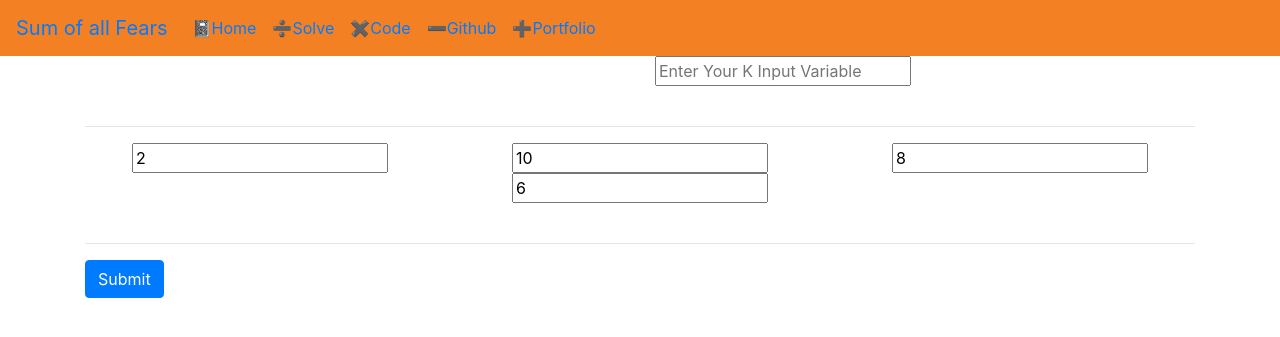
Repository: zhadjah9559/BrainBufferOverflow
Page: solve.html
These files come from the project's save history. The page is drawn as it stood at one moment and after the next save; the edit follows.
The browser window is 1280 px wide. The pictures show the whole page.

Above is the page before, as saved 2021-01-18 01:14:18.

### solve.html
<!doctype html>
<html lang="en">
  <head>
    <title>Title</title>
    <!-- Required meta tags -->
    <meta charset="utf-8">
    <meta name="viewport" content="width=device-width, initial-scale=1, shrink-to-fit=no">

    <!-- Bootstrap CSS -->
    <link rel="stylesheet" href="https://stackpath.bootstrapcdn.com/bootstrap/4.3.1/css/bootstrap.min.css" integrity="sha384-ggOyR0iXCbMQv3Xipma34MD+dH/1fQ784/j6cY/iJTQUOhcWr7x9JvoRxT2MZw1T" crossorigin="anonymous">
  </head>
  <body>

    <nav class="navbar navbar-expand-sm" style="background-color: #F48024;">
        <a class="navbar-brand" href="index.html">Sum of all Fears</a>
        <button class="navbar-toggler d-lg-none" type="button" data-toggle="collapse" data-target="#collapsibleNavId" aria-controls="collapsibleNavId"
            aria-expanded="false" aria-label="Toggle navigation"></button>
        <div class="collapse navbar-collapse" id="collapsibleNavId">
            <ul class="navbar-nav mr-auto mt-2 mt-lg-0">
                <li class="nav-item">
                    <a class="nav-link" href="index.html">📓Home </a>
                </li>
                <li class="nav-item active">
                    <a class="nav-link" href="solve.html">➗Solve<span class="sr-only">(current)</span></a>
                </li>
                 <li class="nav-item">
                    <a class="nav-link" href="code.html">✖Code</a>
                </li> <li class="nav-item">
                    <a class="nav-link" href="https://zacharyhadjah.netlify.app">➖Github</a>
                </li>
                <li class="nav-item">
                    <a class="nav-link" href="https://github.com/zhadjah9559/BrainBufferOverflow">➕Portfolio</a>
                </li>
            </ul>

        </div>
    </nav>

    <div class="container">

        <!--K input variable-->
       <div class="row justify-content-center">
           <div class="col-md-4 offset-4">
            <input type="number" id="kInput" name="kInput"  placeholder="Enter Your K Input Variable">
           </div>
       </div>
       <br/>
       <hr/>

        <!--User Array Inputs-->
        <div class="row justify-content-center">
            <div class="col-md text-center">
                <input type="number" id="arrayInput1" name="arrayInput0" value="2" placeholder="2">
            </div>
            <div class="col-md text-center">
                <input type="number" id="arrayInput2" name="arrayInput1" value="10" placeholder="10">
            </div>
            <div class="col-md text-center">
                <input type="number" id="arrayInput3" name="arrayInput2" value="8" placeholder="8">
            </div>
            <div class="col-md text-center">
                <input type="number" id="arrayInput4" name="arrayInput3" value="6" placeholder="6">
            </div>
            <p id="output">  </p>
        </div>
        <br/>
        <hr/>

        <!---->
        <div class="row justify-content-center">
            <div class="col">
             <input  class="btn btn-primary" type="submit" id="submitBtn" name="submitBtn"/>
            </div>
        </div>


    </div>


    <!-- Optional JavaScript -->
    <!-- jQuery first, then Popper.js, then Bootstrap JS -->
    <script src="https://code.jquery.com/jquery-3.3.1.slim.min.js" integrity="sha384-q8i/X+965DzO0rT7abK41JStQIAqVgRVzpbzo5smXKp4YfRvH+8abtTE1Pi6jizo" crossorigin="anonymous"></script>
    <script src="https://cdnjs.cloudflare.com/ajax/libs/popper.js/1.14.7/umd/popper.min.js" integrity="sha384-UO2eT0CpHqdSJQ6hJty5KVphtPhzWj9WO1clHTMGa3JDZwrnQq4sF86dIHNDz0W1" crossorigin="anonymous"></script>
    <script src="https://stackpath.bootstrapcdn.com/bootstrap/4.3.1/js/bootstrap.min.js" integrity="sha384-JjSmVgyd0p3pXB1rRibZUAYoIIy6OrQ6VrjIEaFf/nJGzIxFDsf4x0xIM+B07jRM" crossorigin="anonymous"></script>
    <script src="js/site.js"></script>
  </body>
</html>

### js/site.js
    // document.getElementById("btnSubmit").addEventListener("click", doJsWork)

    // hardCodedArray = [10, 15, 3, 7];
    // let numk = parseInt(document.getElementById("kInput").value)
    // let found = false;

    // //Regular program that is working without extra credit
    // function doJsWork(){
    //     for(let i = 0; i = hardCodedArray.length -1; i++){
    //         for (let j = 1; j < hardCodedArray.length; j++) {
    //             if( hardCodedArray[i] + hardCodedArray[j] == numK ){
    //                 output.innerText = `Your number was found! ${hardCodedArray[i]} + ${hardCodedArray[j]} = ${numK}`
    //                 found = true;
    //                 break;
    //             }
    //         }
    //     }
    //     if(!found){
    //         output.innerText = `Your number was not found!`
    //     }
    // }

    //-----------------------------------------------------------------------------------
    //Extra credit
    let numK = document.getElementById("kInput");
    let results = document.getElementById("output");
    let userArray = []
    let ARRAY_SIZE = 4
    document.getElementById("submitBtn").addEventListener("click", evaluateUserInput);

    function evaluateUserInput(){
               //initialize the user inputs using a for loops
               for (let i = 0; i < ARRAY_SIZE; i++) {
                userArray[i] = document.getElementById(`${arrayInput[i]}`)
            }

            for(let i = 0; i = userArray.length -1; i++){
                for (let j = 1; j < userArray.length; j++) {
                    if( userArray[i] + userArray[j] == numK ){
                        output.innerText = `Your number was found! ${userArray[i]} + ${userArray[j]} = ${numK}`
                        found = true;
                        break;
                    }
                }
            }
            if(!found){
                output.innerText = `Your number was not found!`
            }
    }


    //generate array of length that will contain 20 elements
    //those 20 elements will all be random numbers
    // function generateArray() {
    //     let ARRAY_LENGTH = 20                                   //parseInt(document.getElementById("arrayNum").value);
    //     let randomArray = []
    //     for (let i = 0; i < ARRAY_LENGTH; i++) {
    //         randomArray.push(Math.floor(Math.random() * 100) + 1)
    //     }
    //     return randomArray;
    // }

After the next save:
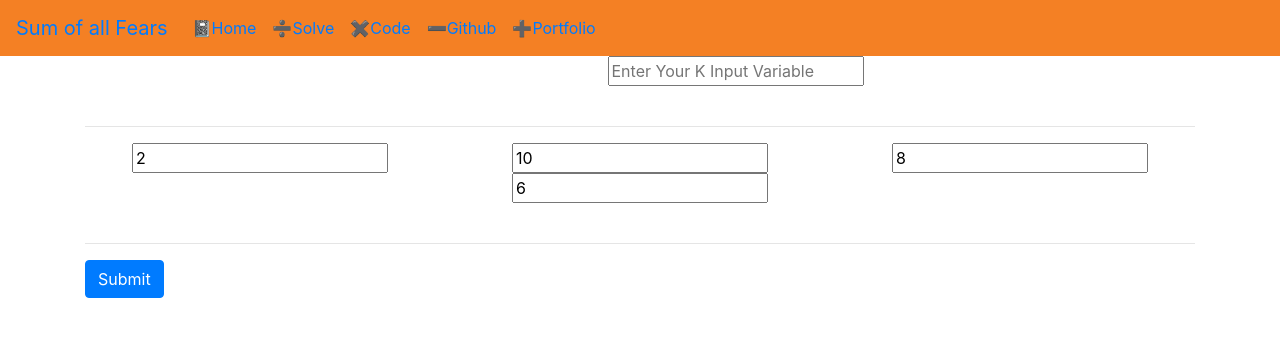
Saved 9 s later.
--- a/solve.html
+++ b/solve.html
@@ -40,7 +40,7 @@
 
         <!--K input variable-->
        <div class="row justify-content-center">
-           <div class="col-md-4 offset-4">
+           <div class="col-md-4 offset-3">
             <input type="number" id="kInput" name="kInput"  placeholder="Enter Your K Input Variable">
            </div>
        </div>
